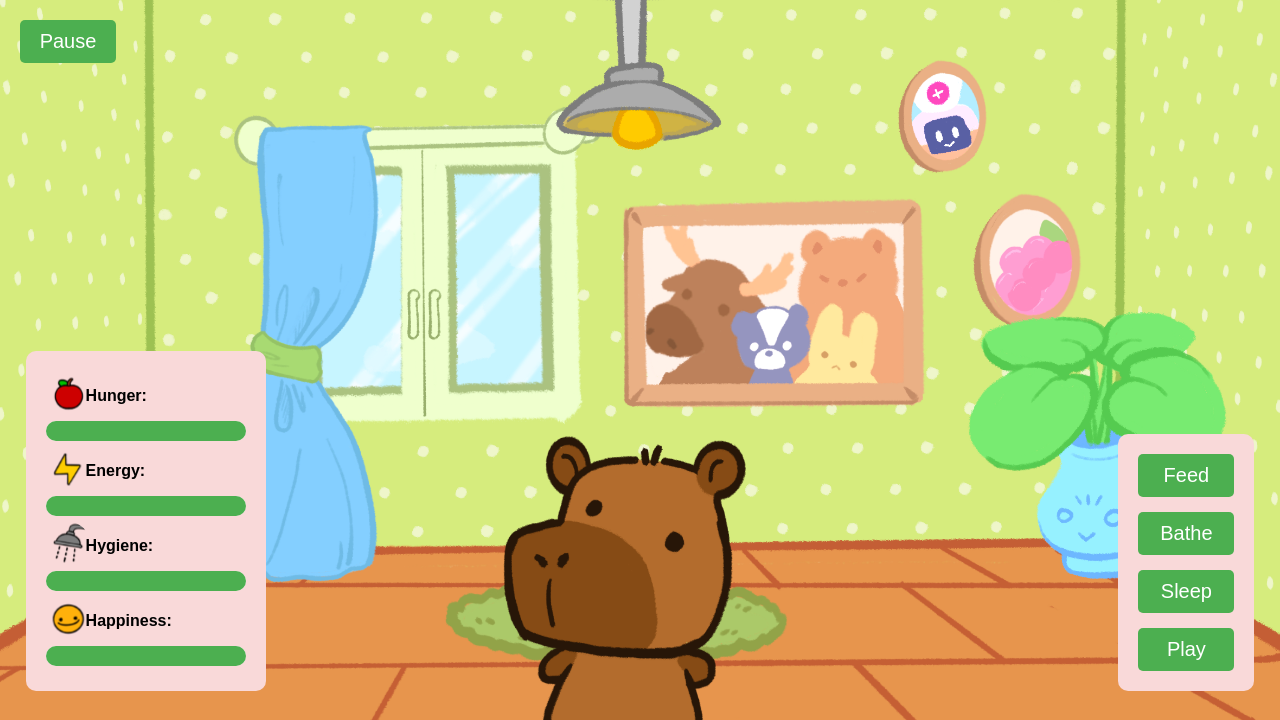
Repository: sarahjx/CapyCare
Page: html/index.html
The author's editor kept a copy of each file at every save. The page is drawn from the files as they stood at one save, then again after the next save.
The browser window is 1280 px wide. The pictures show the whole page.
Some web fonts or font styles are not loaded; a fallback is used.

Above is the page before, as saved 2025-05-01 15:13:23.
Console error: TypeError: Cannot set properties of null (setting 'innerText')

### html/index.html
<!-- @format -->

<!DOCTYPE html>
<html lang="en">
  <head>
    <meta charset="UTF-8" />
    <meta name="viewport" content="width=device-width, initial-scale=1.0" />
    <title>Virtual Pet Game</title>
    <link rel="preconnect" href="https://fonts.googleapis.com">
    <link rel="preconnect" href="https://fonts.gstatic.com" crossorigin>
    <link href="https://fonts.googleapis.com/css2?family=McLaren&display=swap" rel="stylesheet">
    <link rel="stylesheet" href="../css/statusbar.css" />
  </head>
  <body>

    <div class="pet-container">
      <img class="pet-image" src="../images/capybara.png" alt="capybara" />
    </div>

    <div class="status-bar-container">

      <div class="status-bar">
        <div class="status-icon-container">
        <span class="hunger-icon"><img src="../images/hunger.svg" alt="hunger icon"></span>
        <span class="status-label">Hunger:</span>
        </div>
        <div class="status-progress">
          <div id="hunger-fill" class="status-fill"></div>
        </div>
        <div id="hunger-warning" class="warning"></div>
      </div>

      <div class="status-bar">
        <div class="status-icon-container">
        <span class="energy-icon"><img src="../images/energy.svg" alt="energy icon"></span>
        <span class="status-label">Energy:</span>
        </div>
        <div class="status-progress">
          <div id="energy-fill" class="status-fill"></div>
        </div>
        <div id="energy-warning" class="warning"></div>
      </div>

      <div class="status-bar">
        <div class="status-icon-container">
        <span class="hygiene-icon"><img src="../images/hygiene.svg" alt="hygiene icon"></span>
        <span class="status-label">Hygiene:</span>
        </div>
        <div class="status-progress">
          <div id="hygiene-fill" class="status-fill"></div>
        </div>
        <div id="hygiene-warning" class="warning"></div>
      </div>

      <div class="status-bar">
        <div class="status-icon-container">
        <span class="happiness-icon"><img src="../images/happiness.svg" alt="hygiene icon"></span>
        <span class="status-label">Happiness:</span>
        </div>
        <div class="status-progress">
          <div id="happiness-fill" class="status-fill"></div>
        </div>
        <div id="happiness-warning" class="warning"></div>
      </div>
    </div>

      <div class="action-buttons">
        <button class="action-button" onclick="feedPet(currentPet)">Feed</button>
        <button class="action-button" onclick="bathePet(currentPet)">Bathe</button>
        <button class="action-button" onclick="bedtime(currentPet)">Sleep</button>
        <button class="action-button" onclick="touchPet(currentPet)">Play</button>
      </div>
      <button class="pause-button" onclick="togglePause()" class="pause-button">
        Pause
      </button>
    </div>

    <div id="gameOverOverlay" class="game-over-overlay">
      <div class="game-over-content">
        <h2>Game Over</h2>
        <p id="gameOverMessage"></p>
        <button onclick="resetGame()">Restart</button>
      </div>
    </div>

    <div id="bedtimeOverlay" class="bedtime-overlay"></div>

    <script src="../backend/status.js"></script>
  </body>
</html>

### css/statusbar.css
/** @format */

:root {
  --primary-color: #f9d9d9;
  --secondary-color: #d9e7f9;
  --tertiary-color: #fff1fb;
  --accent-color: #f7efd7;
  --text-color: #333;
  --spacing-xs: 0.5rem;
  --spacing-sm: 0.75rem;
  --spacing-md: 1rem;
  --spacing-lg: 1.5rem;
  --spacing-xl: 2rem;
  --spacing-xxl: 3rem;
  --font-family: "McLaren", sans-serif;
  --font-size-xs: 0.75rem;
  --font-size-sm: 0.875rem;
  --font-size-md: 1rem;
  --font-size-lg: 1.125rem;
  --font-size-xl: 1.25rem;
  --font-size-xxl: 1.5rem;
}

body {
  font-family: var(--font-family);
  margin: 0 auto;
  padding: 20px;
  background-image: url("../images/LightsOn.PNG");
  background-size: cover;
  background-repeat: no-repeat;
  background-attachment: fixed;
  background-position: center;
  transition: background-image 0.3s ease;
}

body.lights-off {
  background-image: url("../images/LightsOff.PNG");
}

.pet-container {
  display: flex;
  flex-direction: column;
  align-items: center;
  justify-content: center;
}

.pet-image {
  transform: scale(0.3);
  position: fixed;
  margin-top: 1200px;
}

.status-bar-container {
  position: fixed;
  background-color: var(--primary-color);
  padding: 20px;
  border-radius: 10px;
  display: inline-flex;
  flex-direction: column;
  bottom: 4%;
  left: 2%;
}

.status-icon-container {
  display: flex;
  align-items: center;
  margin-bottom: 0;
}

.hunger-icon,
.energy-icon,
.happiness-icon,
.hygiene-icon {
  width: 10px;
  height: auto;
  margin-right: 30px;
}

.status-bar {
  margin: 0;
}

.status-label {
  display: inline-block;
  width: 100px;
  font-weight: bold;
  margin: 0;
}

.status-progress {
  width: 200px;
  height: 20px;
  background-color: #ffffff;
  border-radius: 10px;
  overflow: hidden;
  position: relative;
}

.status-fill {
  height: 100%;
  width: 100%;
  position: absolute;
  left: 0;
  top: 0;
  background-color: #4caf50;
  transition: width 0.3s ease;
}

.status-row {
  display: flex;
  align-items: center;
  gap: 10px;
  margin-bottom: 10px;
}

.status-icon {
  width: 24px;
  height: 24px;
}

.status-value {
  min-width: 50px;
  text-align: right;
  font-weight: bold;
  color: #333;
}

.action-buttons {
  margin-top: 20px;
  display: inline-flex;
  flex-direction: column;
  padding: 20px;
  border-radius: 10px;
  gap: 15px;
  background-color: var(--primary-color);
  position: fixed;
  right: 2%;
  bottom: 4%;
}

button {
  padding: 10px;
  border: none;
  border-radius: 5px;
  background-color: #4caf50;
  color: white;
  cursor: pointer;
  transition: background-color 0.3s;
  width: 6rem;
  font-family: var(--font-family);
  font-weight: 7pt;
  font-size: var(--font-size-xl);
}

button:hover {
  background-color: #45a049;
}

.warning {
  color: #ff9800;
  font-weight: bold;
  margin-top: 5px;
}

.critical {
  color: #f44336;
  font-weight: bold;
  margin-top: 5px;
}

.hidden {
  display: none;
}

.game-over-overlay {
  position: fixed;
  top: 0;
  left: 0;
  right: 0;
  bottom: 0;
  width: 100%;
  height: 100%;
  background-color: rgba(0, 0, 0, 0.2);
  display: none;
  z-index: 1000;
  margin: 0;
  padding: 0;
}

.bedtime-overlay {
  position: fixed;
  top: 0;
  left: 0;
  right: 0;
  bottom: 0;
  width: 100%;
  height: 100%;
  background-color: rgba(0, 0, 0, 0.8);
  display: none;
  z-index: 1000;
  margin: 0;
  padding: 0;
}

.game-over-content {
  position: fixed;
  display: none;
  flex-direction: column;
  justify-content: center;
  align-items: center;
  left: 50%;
  top: 50%;
  transform: translate(-50%, -50%);
  padding: 50px;
  background-color: rgb(0, 0, 0);
  color: white;
  border-radius: 10px;
  z-index: 1001;
  min-width: 300px;
}

### backend/status.js
/** @format */

function Personality(favFood, active, clean, clingy, foodLover, introText) {
  this.favFood = favFood;
  this.active = active;
  this.clean = clean;
  this.clingy = clingy;
  this.foodLover = foodLover;
  this.intro = introText;
}

const mix1 = new Personality(
  "Sunfruit",
  true,
  true,
  true,
  true,
  "This pet is energetic and playful, always ready to explore or play. They love the taste of Sunfruit and will happily eat it when offered, but they'll need constant attention, so expect lots of petting and cuddling. Despite their active nature, they stay clean and are easy to bathe. This pet loves affection and will return it in kind!"
);
const mix2 = new Personality(
  "Snakberry",
  true,
  true,
  false,
  true,
  "This pet is full of energy and loves to make the most of their days. They are particularly fond of Snakberries, which they will devour happily, but they tend to get hungry more often due to their high energy levels. Despite their active nature, they keep themselves clean and are easy to bathe. They're not overly clingy, so while they'll happily spend time with you, they won't be demanding affection constantly."
);
const mix3 = new Personality(
  "Dreamleaf",
  false,
  false,
  true,
  false,
  "This pet is laid-back and enjoys spending time with you, always seeking your company. They love Dreamleaf as a treat, but they're not particularly food-driven and don't get hungry as often. While they may get a little dirty from time to time, they tend to move around when you try to bathe them. Expect them to seek out your attention frequently, and be ready to shower them with love when they come to you for pets."
);

const personalities = [mix1, mix2, mix3];

// Global variables
let currentPet = null;
let hunger = 100;
let energy = 100;
let hygiene = 100;
let happiness = 100;
let isGameOver = false;
let isPaused = false;

// Store interval IDs globally
let hungerInterval = null;
let energyInterval = null;
let hygieneInterval = null;
let happinessInterval = null;

// Initialize the game
function initializeGame() {
  currentPet = getRandomPersonality();
  hunger = 100;
  energy = 100;
  hygiene = 100;
  happiness = 100;
  updateStatusBars();
  updateIntervals();
}

function getRandomPersonality() {
  const randomIndex = Math.floor(Math.random() * personalities.length);
  currentPet = personalities[randomIndex];
  console.log("New pet initialized:", currentPet.intro);
  return currentPet;
}

// Personality-based status decrease functions
function decreaseHunger() {
  if (!currentPet || isGameOver) return;
  const decreaseAmount = currentPet.foodLover ? 15 : 10;
  hunger = Math.max(0, hunger - decreaseAmount);
  updateStatusBars();
  if (hunger === 0 && checkGameOver()) return;
}

function decreaseEnergy() {
  if (!currentPet || isGameOver) return;
  const decreaseAmount = currentPet.active ? 15 : 10;
  energy = Math.max(0, energy - decreaseAmount);
  updateStatusBars();
  if (energy === 0 && checkGameOver()) return;
}

function decreaseHygiene() {
  if (!currentPet || isGameOver) return;
  const decreaseAmount = currentPet.clean ? 8 : 12;
  hygiene = Math.max(0, hygiene - decreaseAmount);
  updateStatusBars();
  if (hygiene === 0 && checkGameOver()) return;
}

function decreaseHappiness() {
  if (!currentPet || isGameOver) return;
  const decreaseAmount = currentPet.clingy ? 15 : 10;
  happiness = Math.max(0, happiness - decreaseAmount);
  updateStatusBars();
  if (happiness === 0 && checkGameOver()) return;
}

// Update intervals with personality-based timing
function updateIntervals() {
  // Clear any existing intervals
  if (hungerInterval) clearInterval(hungerInterval);
  if (energyInterval) clearInterval(energyInterval);
  if (hygieneInterval) clearInterval(hygieneInterval);
  if (happinessInterval) clearInterval(happinessInterval);

  // Set new intervals based on personality
  hungerInterval = setInterval(
    () => {
      decreaseHunger();
      warning();
    },
    currentPet.foodLover ? 6000 : 8000
  );

  energyInterval = setInterval(
    () => {
      decreaseEnergy();
      warning();
    },
    currentPet.active ? 8000 : 12000
  );

  hygieneInterval = setInterval(
    () => {
      decreaseHygiene();
      warning();
    },
    currentPet.clean ? 18000 : 15000
  );

  happinessInterval = setInterval(
    () => {
      decreaseHappiness();
      warning();
    },
    currentPet.clingy ? 8000 : 10000
  );

  console.log("Intervals updated for pet:", currentPet.intro);
}

// Pause game function
function pauseGame() {
  if (hungerInterval) clearInterval(hungerInterval);
  if (energyInterval) clearInterval(energyInterval);
  if (hygieneInterval) clearInterval(hygieneInterval);
  if (happinessInterval) clearInterval(happinessInterval);
  console.log("Game paused");
}

// Resume game function
function resumeGame() {
  updateIntervals();
  console.log("Game resumed");
}

function touchPet(personality) {
  if (personality.clingy) {
    gainStatus("happiness");
    console.log("Your pet loves the attention!");
  } else {
    loseStatus("happiness");
    console.log("Your pet prefers their space.");
  }
}

function feedPet(personality) {
  gainStatus("hunger"); // Always increase hunger
  if (personality.foodLover) {
    gainStatus("happiness");
    console.log("Your pet loves the food!");
  } else {
    loseStatus("happiness");
    console.log("Your pet isn't very interested in food.");
  }
}

function bathePet(personality) {
  gainStatus("hygiene"); // Always increase hygiene
  if (personality.clean) {
    gainStatus("happiness");
    console.log("Your pet enjoys being clean!");
  } else {
    loseStatus("happiness");
    console.log("Your pet doesn't like baths.");
  }
}

function bedtime(personality) {
  const petImage = document.querySelector(".pet-image");
  if (petImage) {
    // Store the current image to return to
    const currentImage = petImage.src;

    // Show sleeping animation and turn off lights
    petImage.src = "../images/Sleeping.PNG";
    document.getElementById("bedtimeOverlay").style.display = "block";

    // After 3 seconds, restore the previous state
    setTimeout(() => {
      updatePetImage();
      document.getElementById("bedtimeOverlay").style.display = "none";
    }, 3000);
  }

  gainStatus("energy"); // Always increase energy
  if (personality.active) {
    loseStatus("happiness");
    console.log("Your pet is too energetic to sleep!");
  } else {
    gainStatus("happiness");
    console.log("Your pet enjoys resting.");
  }
}

function gainStatus(category) {
  switch (category) {
    case "hunger":
      if (hunger >= 100) {
        console.log("Hunger is full!");
      } else if (hunger < 100) {
        hunger += 10;
        console.log("Hunger: " + hunger);
      }
      break;
    case "energy":
      if (energy >= 100) {
        console.log("Energy is full!");
      } else if (energy < 100) {
        energy += 10;
        console.log("Energy: " + energy);
      }
      break;
    case "hygiene":
      if (hygiene >= 100) {
        console.log("Hygiene is full!");
      } else if (hygiene < 100) {
        hygiene += 10;
        console.log("Hygiene: " + hygiene);
      }
      break;
    case "happiness":
      if (happiness >= 100) {
        console.log("Happiness is full!");
      } else if (happiness < 100) {
        happiness += 10;
        console.log("Happiness: " + happiness);
      }
      break;
    default:
      console.log("Invalid category");
  }
}

function loseStatus(category) {
  switch (category) {
    case "hunger":
      if (hunger <= 0) {
        console.log("Hunger is empty!");
        hunger = 0;
      } else if (hunger > 0) {
        hunger -= 10;
        console.log("Hunger: " + hunger);
      }
      break;
    case "energy":
      if (energy <= 0) {
        console.log("Energy is empty!");
        energy = 0;
      } else if (energy > 0) {
        energy -= 10;
        console.log("Energy: " + energy);
      }
      break;
    case "hygiene":
      if (hygiene <= 0) {
        console.log("Hygiene is empty!");
        hygiene = 0;
      } else if (hygiene > 0) {
        hygiene -= 10;
        console.log("Hygiene: " + hygiene);
      }
      break;
    case "happiness":
      if (happiness <= 0) {
        console.log("Happiness is empty!");
        happiness = 0;
      } else if (happiness > 0) {
        happiness -= 3;
        console.log("Happiness: " + happiness);
      }
      break;
    default:
      console.log("Invalid category");
  }
}

function warning() {
  // Hunger warnings
  if (hunger <= 50 && hunger > 20) {
    document.getElementById("hunger-warning").textContent =
      "Your pet is getting hungry!";
    document.getElementById("hunger-warning").className = "warning";
  } else if (hunger <= 20 && hunger > 0) {
    document.getElementById("hunger-warning").textContent =
      "Your pet is starving!";
    document.getElementById("hunger-warning").className = "critical";
  } else {
    document.getElementById("hunger-warning").textContent = "";
  }

  // Energy warnings
  if (energy <= 50 && energy > 20) {
    document.getElementById("energy-warning").textContent =
      "Your pet is getting tired!";
    document.getElementById("energy-warning").className = "warning";
  } else if (energy <= 20 && energy > 0) {
    document.getElementById("energy-warning").textContent =
      "Your pet is exhausted!";
    document.getElementById("energy-warning").className = "critical";
  } else {
    document.getElementById("energy-warning").textContent = "";
  }

  // Hygiene warnings
  if (hygiene <= 50 && hygiene > 20) {
    document.getElementById("hygiene-warning").textContent =
      "Your pet needs a bath!";
    document.getElementById("hygiene-warning").className = "warning";
  } else if (hygiene <= 20 && hygiene > 0) {
    document.getElementById("hygiene-warning").textContent =
      "Your pet is filthy!";
    document.getElementById("hygiene-warning").className = "critical";
  } else {
    document.getElementById("hygiene-warning").textContent = "";
  }

  // Happiness warnings
  if (happiness <= 50 && happiness > 20) {
    document.getElementById("happiness-warning").textContent =
      "Your pet is getting sad!";
    document.getElementById("happiness-warning").className = "warning";
  } else if (happiness <= 20 && happiness > 0) {
    document.getElementById("happiness-warning").textContent =
      "Your pet is depressed!";
    document.getElementById("happiness-warning").className = "critical";
  } else {
    document.getElementById("happiness-warning").textContent = "";
  }
}

function checkGameOver() {
  if (hunger <= 0 || energy <= 0 || hygiene <= 0 || happiness <= 0) {
    isGameOver = true;
    pauseGame();
    showGameOver();
    return true;
  }
  return false;
}

function showGameOver() {
  let reason = "";
  if (hunger <= 0) reason = "Your pet starved to death!";
  else if (energy <= 0) reason = "Your pet died from exhaustion!";
  else if (hygiene <= 0) reason = "Your pet died from poor hygiene!";
  else if (happiness <= 0) reason = "Your pet died from sadness!";

  console.log("GAME OVER: " + reason);
  document.getElementById("gameOverMessage").textContent = reason;
  document.getElementById("gameOverOverlay").style.display = "block";
  document.querySelector(".game-over-content").style.display = "flex";
}

function resetGame() {
  isGameOver = false;
  hunger = 100;
  energy = 100;
  hygiene = 100;
  happiness = 100;
  document.getElementById("gameOverOverlay").style.display = "none";
  document.querySelector(".game-over-content").style.display = "none";
  currentPet = getRandomPersonality();
  updateStatusBars();
  updateIntervals();
}

function togglePause() {
  isPaused = !isPaused;
  const pauseButton = document.getElementById("pauseButton");
  const buttons = document.querySelectorAll(
    ".buttons button:not(#pauseButton)"
  );

  if (isPaused) {
    pauseButton.textContent = "Resume";
    pauseButton.classList.add("paused");
    buttons.forEach((button) => (button.disabled = true));
    pauseGame();
  } else {
    pauseButton.textContent = "Pause";
    pauseButton.classList.remove("paused");
    buttons.forEach((button) => (button.disabled = false));
    resumeGame();
  }
}

// Update status bars
function updateStatusBars() {
  // Update the width of each status bar
  document.getElementById("hunger-fill").style.width = hunger + "%";
  document.getElementById("energy-fill").style.width = energy + "%";
  document.getElementById("happiness-fill").style.width = happiness + "%";
  document.getElementById("hygiene-fill").style.width = hygiene + "%";

  // Update pet image based on status
  updatePetImage();
}

// Override console.log to update UI
const originalConsoleLog = console.log;
console.log = function () {
  originalConsoleLog.apply(console, arguments);
  updateStatusBars();
};

// Simple toggle function
function toggleActions() {
  document.getElementById("action-buttons-column").classList.toggle("hidden");
  document.getElementById("toggle-button").classList.toggle("hidden");
}

// Initialize the game when the page loads
window.addEventListener("load", function () {
  initializeGame();
  // Update status bars every second
  setInterval(updateStatusBars, 1000);
});

// stopwatch

let [hours, minutes, seconds] = [0, 0, 0];
let timer = null;

function updateDisplay() {
  document.getElementById("display").innerText =
    `${String(hours).padStart(2, "0")}:` +
    `${String(minutes).padStart(2, "0")}:` +
    `${String(seconds).padStart(2, "0")}`;
}

function stopwatch() {
  seconds++;
  if (seconds === 60) {
    seconds = 0;
    minutes++;
    if (minutes === 60) {
      minutes = 0;
      hours++;
    }
  }
  updateDisplay();
}

function start() {
  if (timer !== null) return;
  timer = setInterval(stopwatch, 1000);
}

function stop() {
  clearInterval(timer);
  timer = null;
}

function reset() {
  stop();
  [hours, minutes, seconds] = [0, 0, 0];
  updateDisplay();
}

updateDisplay();

function updatePetImage() {
  const petImage = document.querySelector(".pet-image");
  if (!petImage) return;

  // Check if any status is 0 (dead)
  if (hunger <= 0 || energy <= 0 || hygiene <= 0 || happiness <= 0) {
    petImage.src = "../images/Fuckingdead.PNG";
    return;
  }

  // Check for multiple states
  if (hunger <= 60 && hygiene <= 60 && energy <= 60) {
    petImage.src = "../images/Dirty:Hungry:Tired.PNG";
  } else if (hunger <= 60 && hygiene <= 60) {
    petImage.src = "../images/Dirty:hungry.PNG";
  } else if (hunger <= 60 && energy <= 60) {
    petImage.src = "../images/Hungry:Tired.PNG";
  } else if (hygiene <= 60 && energy <= 60) {
    petImage.src = "../images/Dirty:Tired.PNG";
  } else if (energy <= 60) {
    petImage.src = "../images/Sleepy.PNG";
  } else if (hunger <= 60) {
    petImage.src = "../images/Hungry.PNG";
  } else if (hygiene <= 60) {
    petImage.src = "../images/Dirty.PNG";
  } else {
    petImage.src = "../images/Idle.PNG";
  }
}

After the next save:
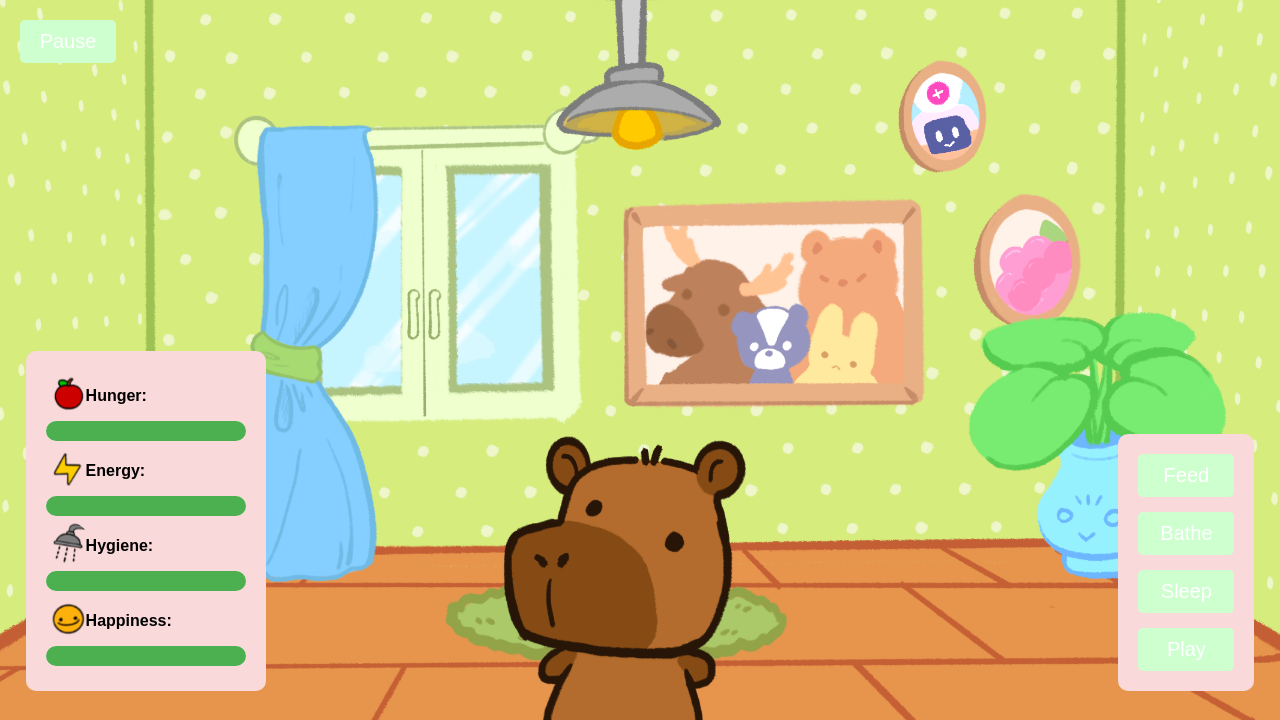
Saved 5 s later.
--- a/css/statusbar.css
+++ b/css/statusbar.css
@@ -142,7 +142,7 @@
   padding: 10px;
   border: none;
   border-radius: 5px;
-  background-color: #4caf50;
+  background-color: #ceffcf;
   color: white;
   cursor: pointer;
   transition: background-color 0.3s;

After the save that followed:
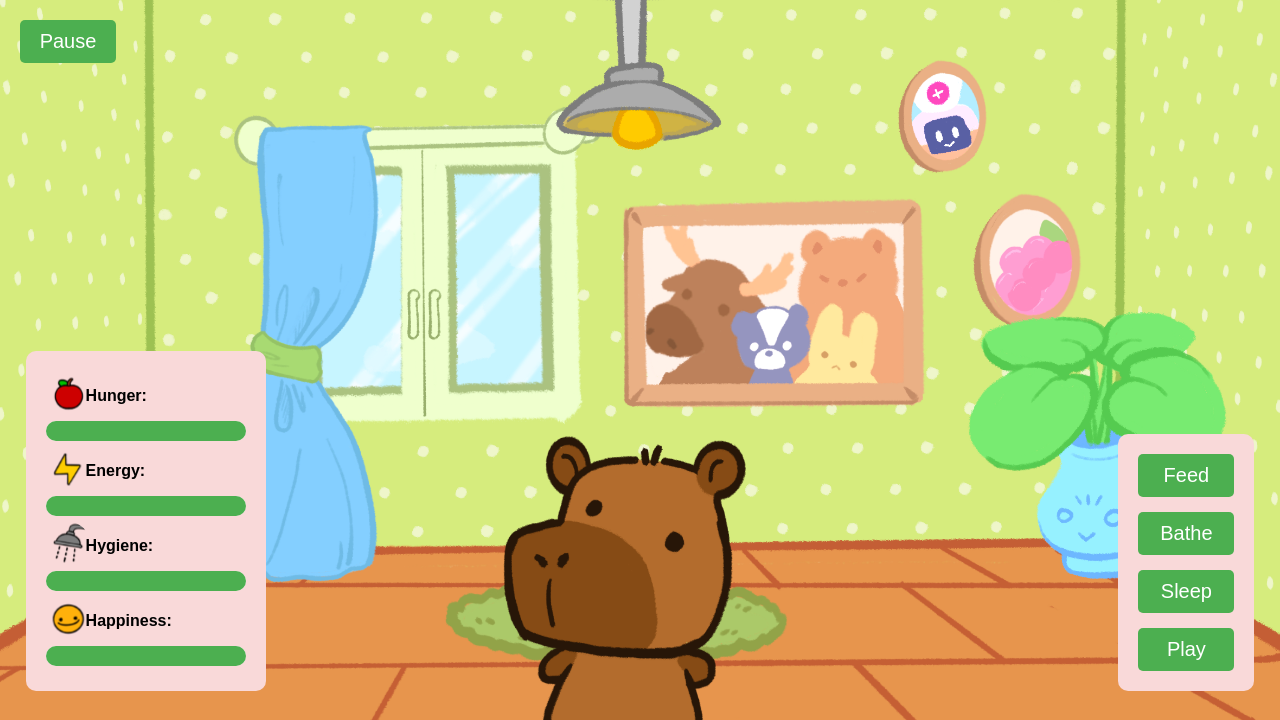
Saved 4 s later.
--- a/css/statusbar.css
+++ b/css/statusbar.css
@@ -142,7 +142,7 @@
   padding: 10px;
   border: none;
   border-radius: 5px;
-  background-color: #ceffcf;
+  background-color: #4caf50;
   color: white;
   cursor: pointer;
   transition: background-color 0.3s;
